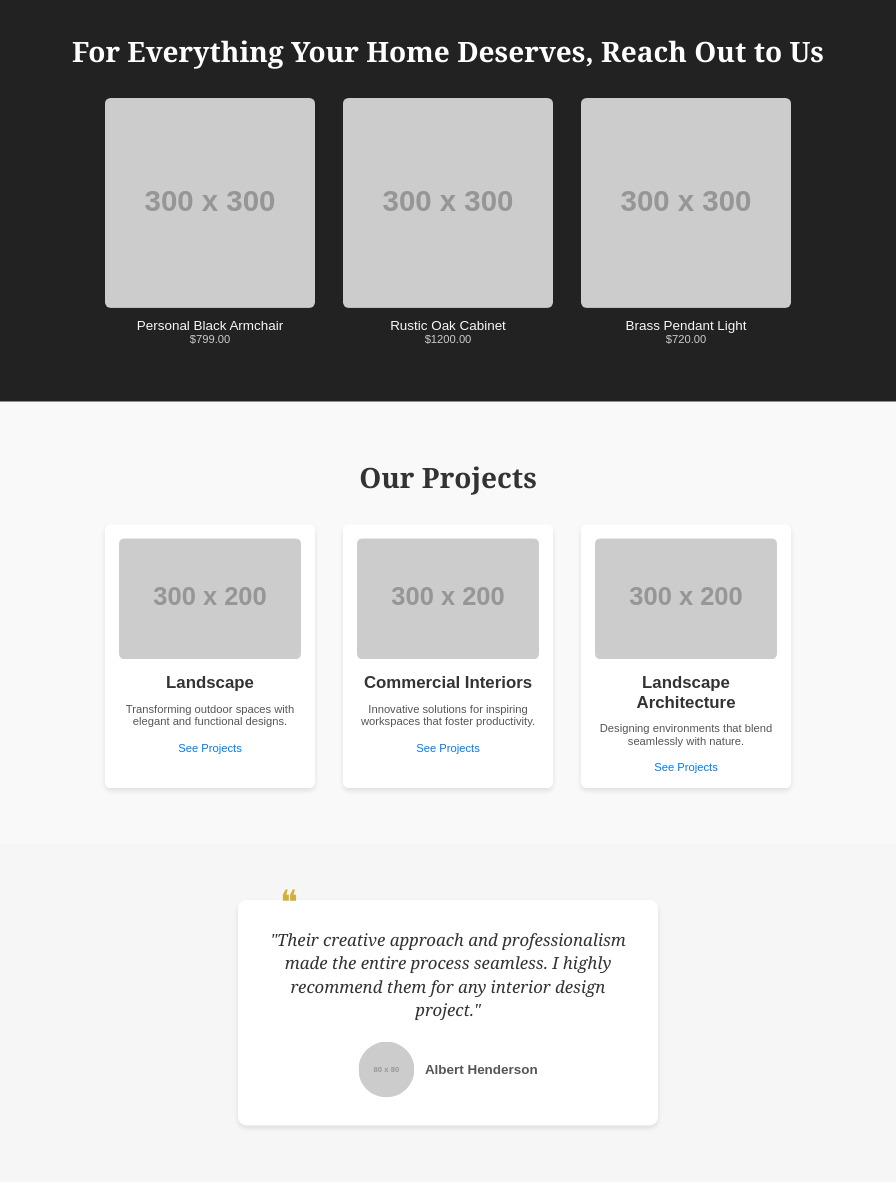
Repository: Patience225/home-decor-studio
Page: index.html
An editor plug-in stored every save of this project. The page is shown before and after the next save, followed by the edit.
The browser window is 1280 px wide. The pictures show the part of the page from y = 1947 to 3867 px (the page is 3635 px tall before and 3867 px after), at 70% of full size.

Above is the page before, as saved 2025-01-29 04:37:06.

After the next save:
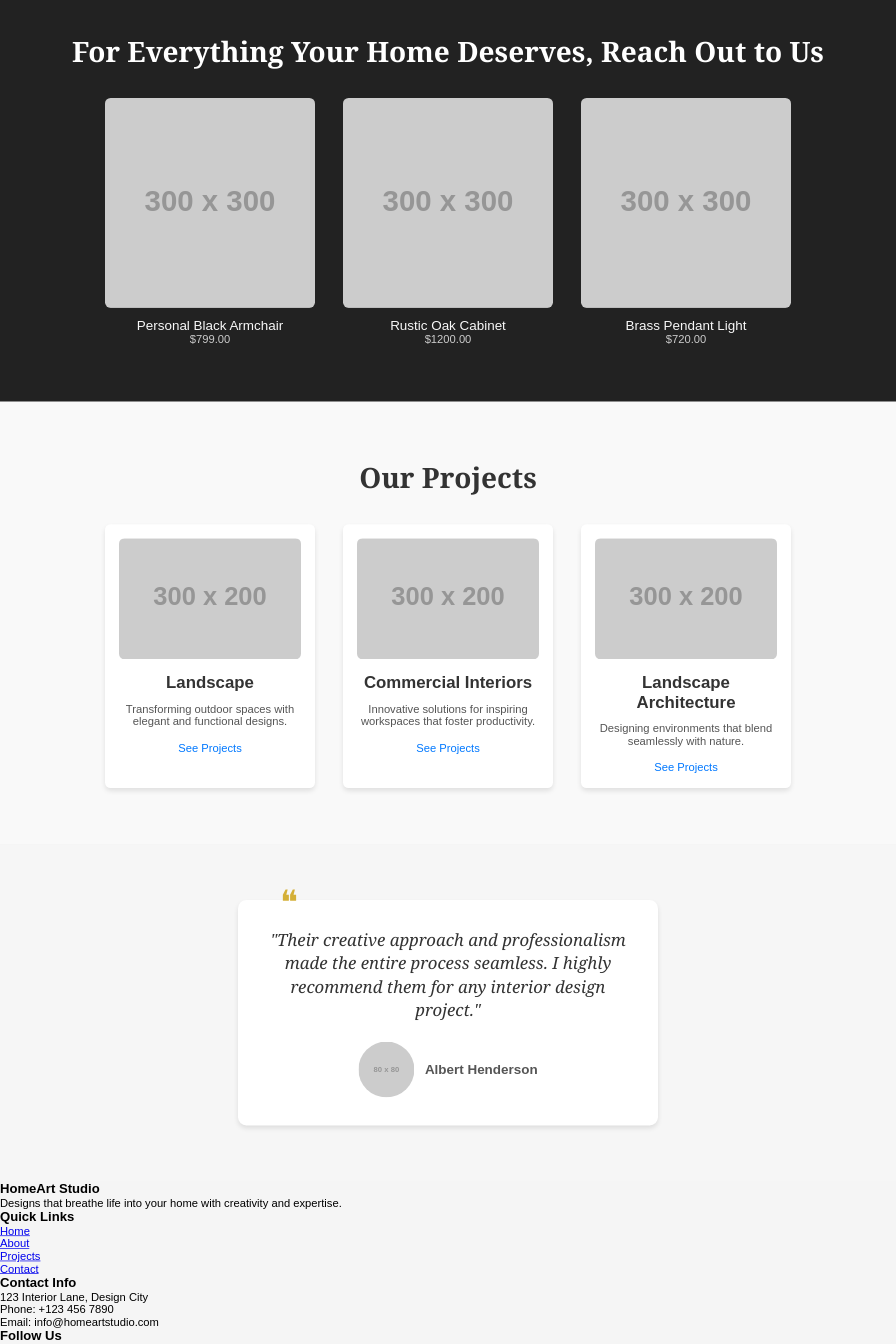
Saved 90 s later.
--- a/index.html
+++ b/index.html
@@ -117,6 +117,38 @@
       </div>
     </div>
   </section>
+  <footer class="footer">
+    <div class="footer-container">
+      <div class="footer-column">
+        <h3>HomeArt Studio</h3>
+        <p>Designs that breathe life into your home with creativity and expertise.</p>
+      </div>
+      <div class="footer-column">
+        <h3>Quick Links</h3>
+        <ul>
+          <li><a href="#">Home</a></li>
+          <li><a href="#">About</a></li>
+          <li><a href="#">Projects</a></li>
+          <li><a href="#">Contact</a></li>
+        </ul>
+      </div>
+      <div class="footer-column">
+        <h3>Contact Info</h3>
+        <p>123 Interior Lane, Design City</p>
+        <p>Phone: +123 456 7890</p>
+        <p>Email: info@homeartstudio.com</p>
+      </div>
+      <div class="footer-column">
+        <h3>Follow Us</h3>
+        <div class="social-icons">
+          <a href="#"><i class="fab fa-facebook-f"></i></a>
+          <a href="#"><i class="fab fa-twitter"></i></a>
+          <a href="#"><i class="fab fa-instagram"></i></a>
+          <a href="#"><i class="fab fa-linkedin-in"></i></a>
+        </div>
+      </div>
+    </div>
+  </footer>
 
   <script src="script.js"></script>
 </body>
